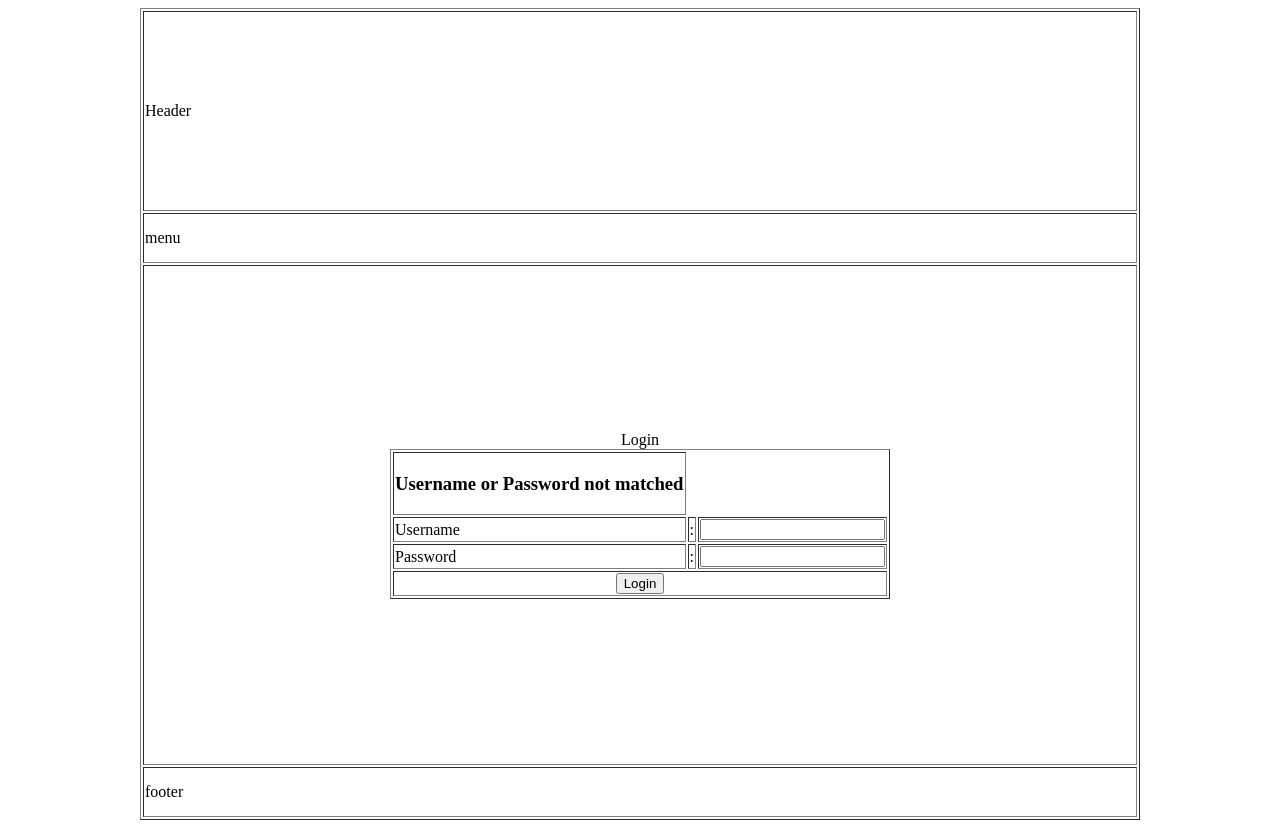
Repository: PraveenRavipati/MyWork
Page: Java/workspaces/office Java WorkScapces/training/LoginProperty/WebContent/LoginErr.html
The author's editor kept a copy of each file at every save. The page is drawn from the files as they stood at one save, then again after the next save.
The browser window is 1280 px wide. The pictures show the whole page.

Above is the page before, as saved 2014-06-05 05:26:03.

After the next save:
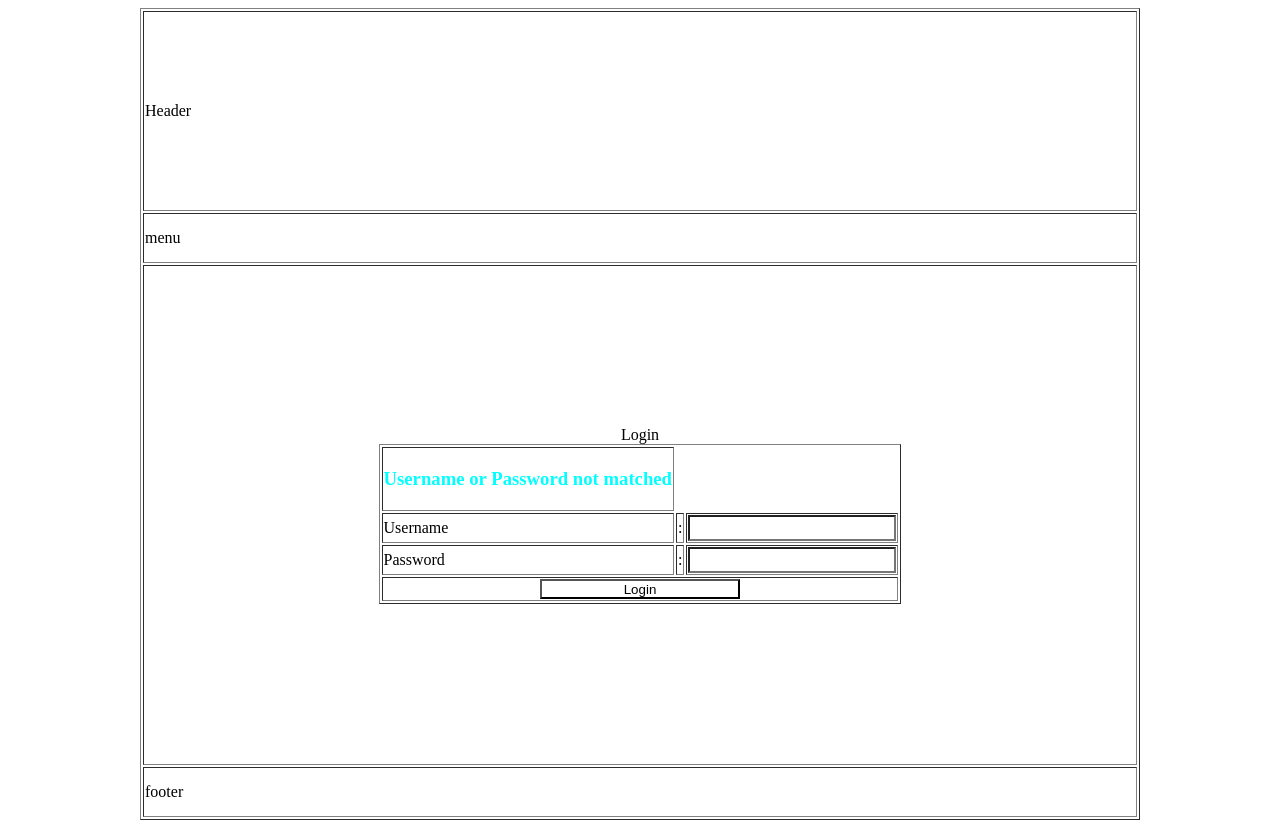
Saved 91 s later.
--- a/Java/workspaces/office Java WorkScapces/training/LoginProperty/WebContent/LoginErr.html
+++ b/Java/workspaces/office Java WorkScapces/training/LoginProperty/WebContent/LoginErr.html
@@ -3,6 +3,7 @@
 <head>
 <meta http-equiv="Content-Type" content="text/html; charset=UTF-8">
 <title>Insert title here</title>
+<link href="style.css" rel="stylesheet" type="text/css"></link>
 </head>
 <body>
     <table border="1" width="1000" align="center">
